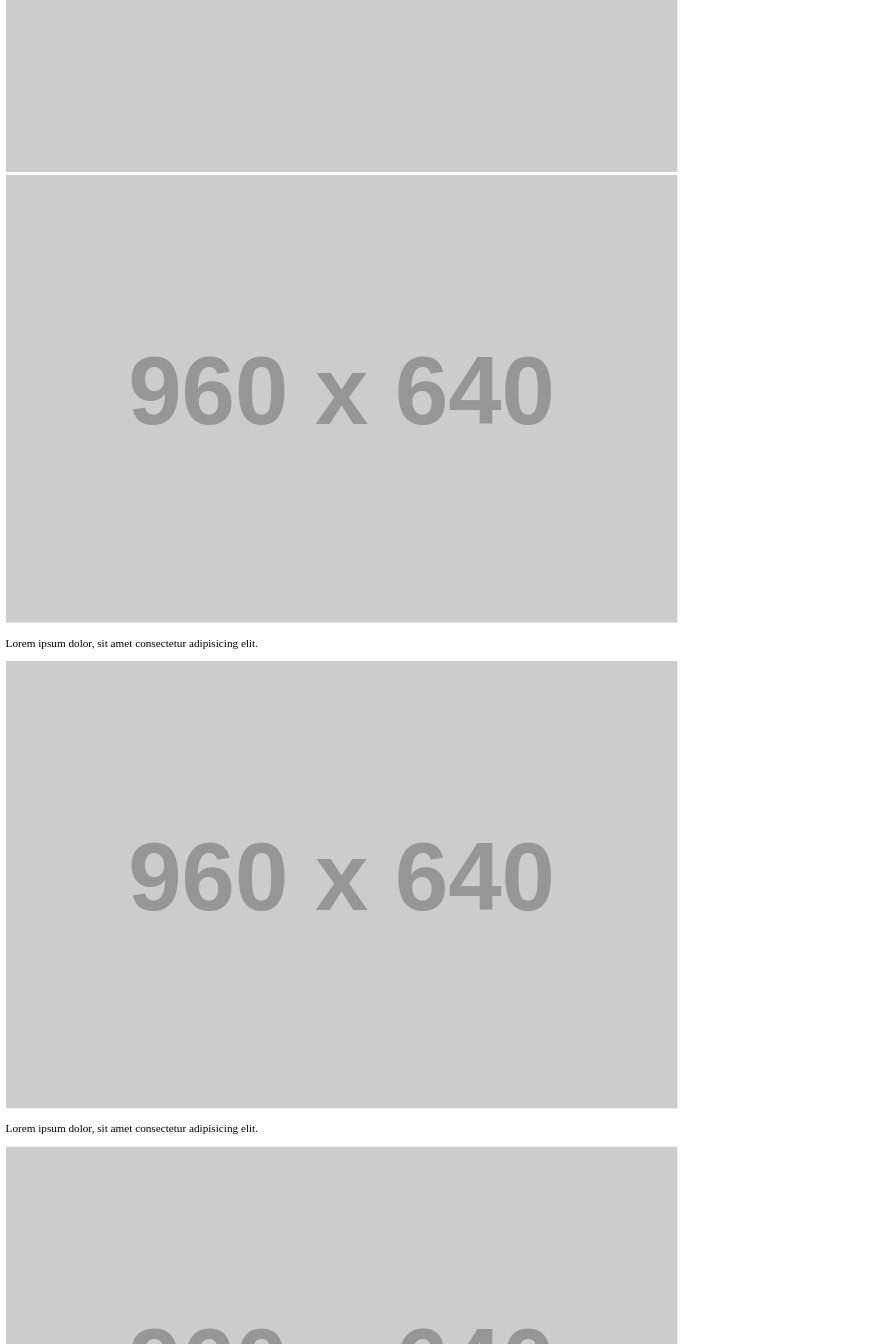
Repository: jamessearle71/wireframe-demo
Page: Wireframe/index.html
An editor plug-in stored every save of this project. The page is shown before and after the next save, followed by the edit.
The browser window is 1280 px wide. The pictures show the part of the page from y = 544 to 2464 px (the page is 2910 px tall before and 2978 px after), at 70% of full size.

Above is the page before, as saved 2023-03-21 16:05:23.

### Wireframe/index.html
<!DOCTYPE html>
<html lang="en">
<head>
    <meta charset="UTF-8">
    <meta http-equiv="X-UA-Compatible" content="IE=edge">
    <meta name="viewport" content="width=device-width, initial-scale=1.0">
    <title>Document</title>
</head>
<body>
    <header>
        <h1>Doggles: Eyewear For Dogs</h1>
        <nav>
            <ul>
                <li><a href="/">Link 1</a></li>
                <li><a href="/">Link 2</a></li>
                <li><a href="/">Link 3</a></li>
            </ul>
        </nav>
    </header>
    <main>
        <img src="https://via.placeholder.com/960x640.png?text=Doggles:+Eyewear+For+Dogs" alt="Doggles eyewear dogs shop store" />
    </main>
    <body>
        <section>
            <img src="https://via.placeholder.com/960x640.png?text=Doggles+Pic+1" alt="Doggles 1" />
            <p>Lorem ipsum dolor, sit amet consectetur adipisicing elit.</p>
        </section>
        <section>
            <img src="https://via.placeholder.com/960x640.png?text=Doggles+Pic+2" alt="Doggles 2" />
            <p>Lorem ipsum dolor, sit amet consectetur adipisicing elit.</p>
        </section>
        <section>
            <img src="https://via.placeholder.com/960x640.png?text=Doggles+Pic+3" alt="Doggles 3" />
            <p>Lorem ipsum dolor, sit amet consectetur adipisicing elit.</p>
        </section>
    </body>
    <footers>
<p> Website by James Searle </p>
    </footers>
</html>

After the next save:
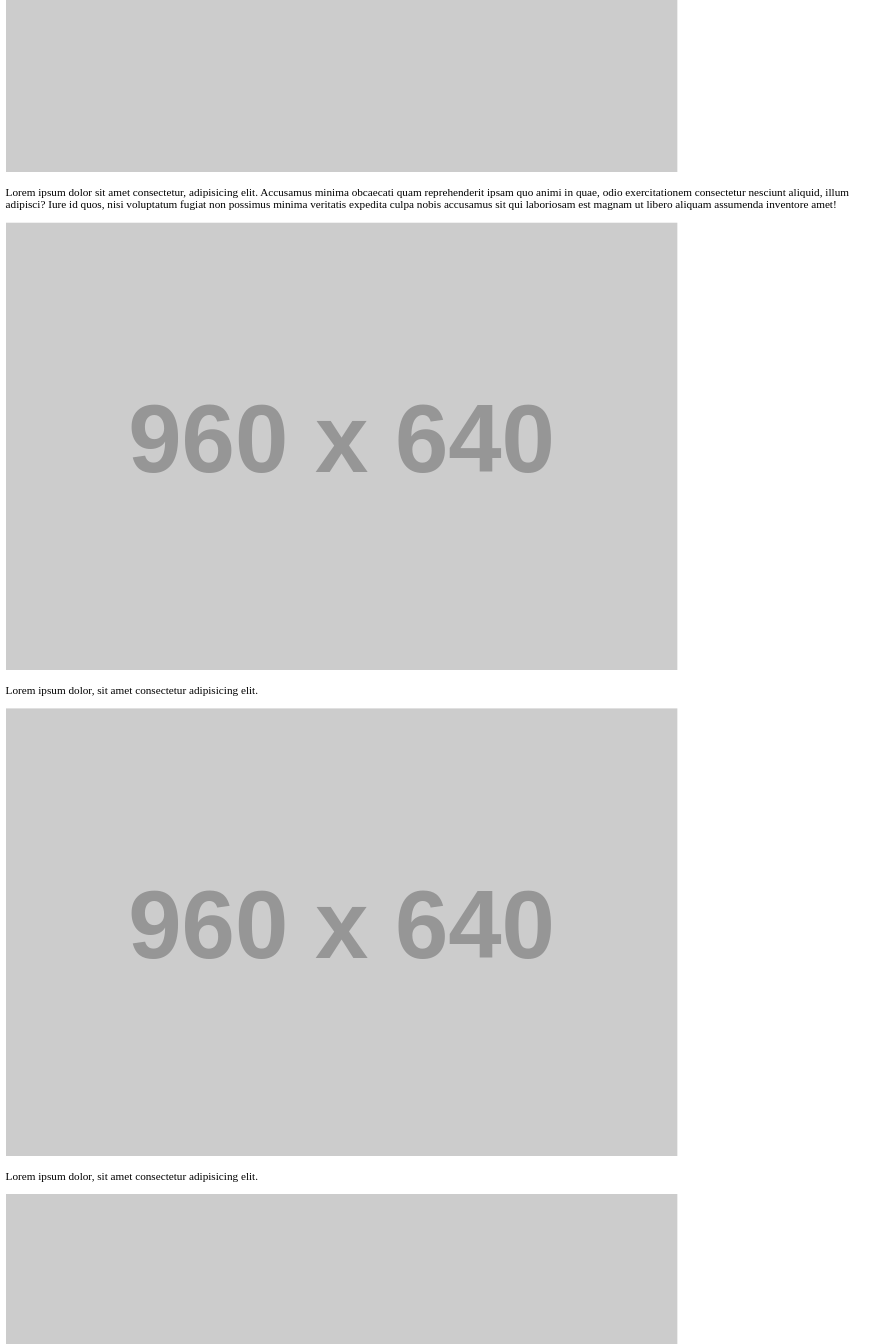
Saved 2 min 22 s later.
--- a/Wireframe/index.html
+++ b/Wireframe/index.html
@@ -19,6 +19,7 @@
     </header>
     <main>
         <img src="https://via.placeholder.com/960x640.png?text=Doggles:+Eyewear+For+Dogs" alt="Doggles eyewear dogs shop store" />
+    <p>Lorem ipsum dolor sit amet consectetur, adipisicing elit. Accusamus minima obcaecati quam reprehenderit ipsam quo animi in quae, odio exercitationem consectetur nesciunt aliquid, illum adipisci? Iure id quos, nisi voluptatum fugiat non possimus minima veritatis expedita culpa nobis accusamus sit qui laboriosam est magnam ut libero aliquam assumenda inventore amet!</p>
     </main>
     <body>
         <section>
